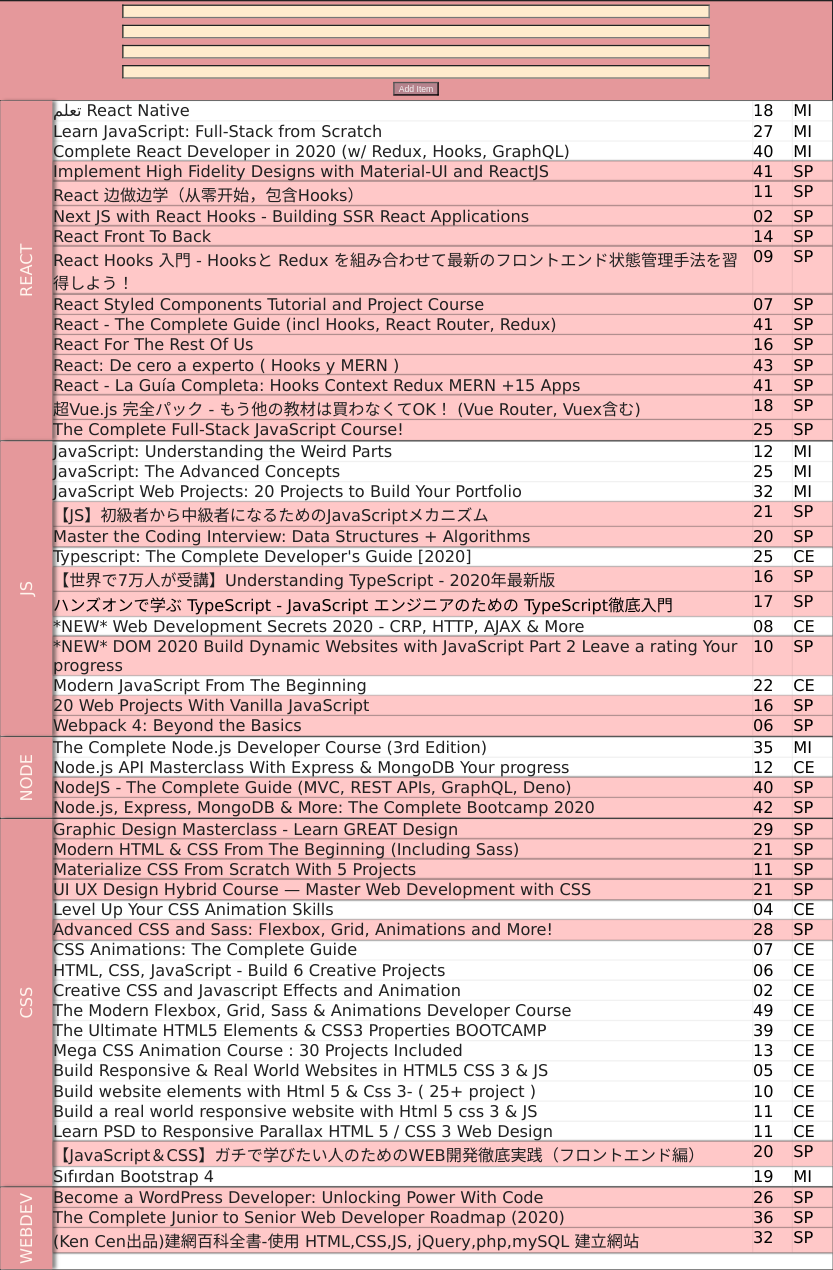
Repository: ClementLight/plan
Page: codicrs.html
These files come from the project's save history. The page is drawn as it stood at one moment and after the next save; the edit follows.
The browser window is 1280 px wide. The page is 1282 px wide, so the pictures cover 1282 px, including what lies to the right of the window. The pictures show the whole page, at 65% of full size.

Above is the page before, as saved 2020-08-22 17:59:44.

After the next save:
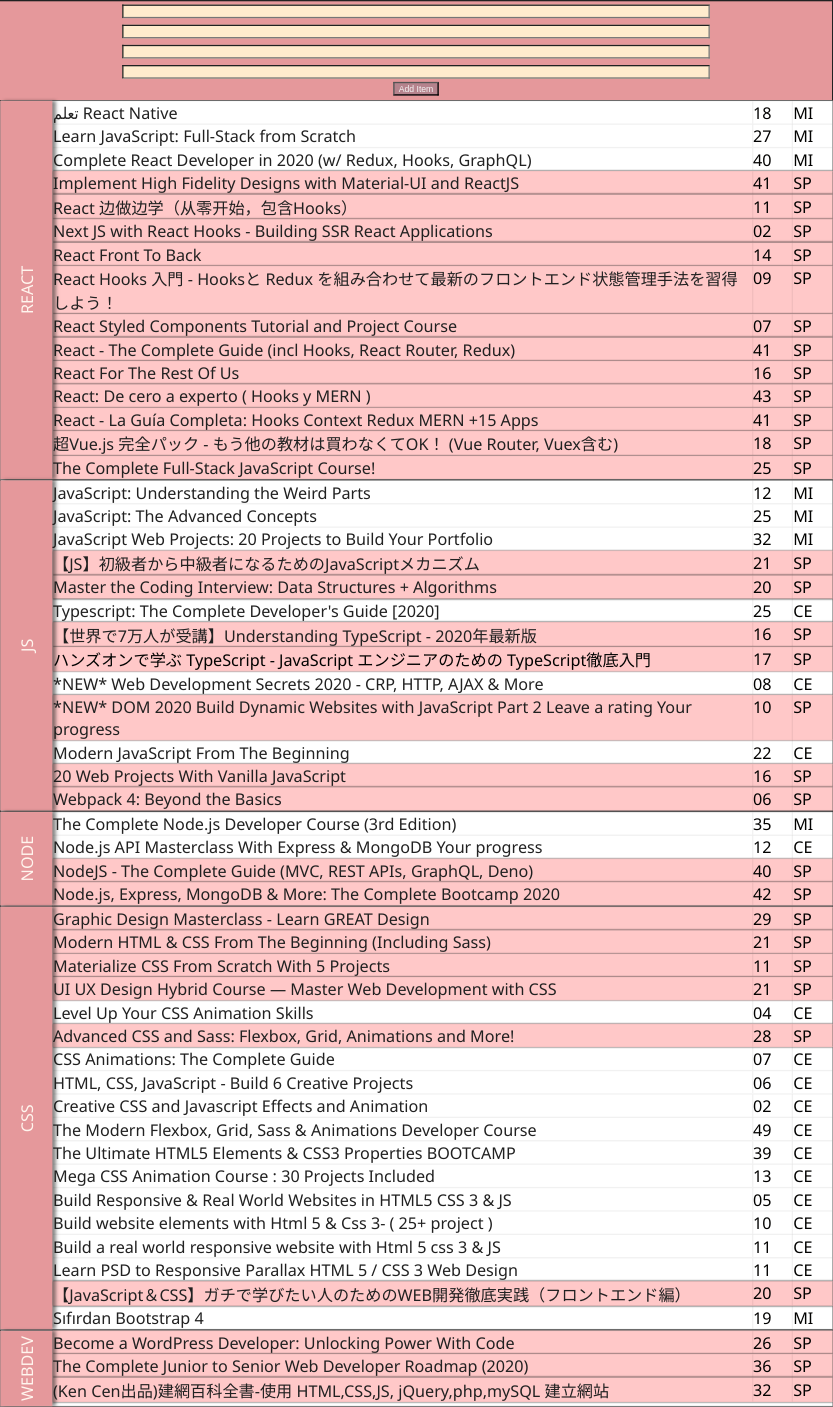
Saved 11 s later.
--- a/codicrs.html
+++ b/codicrs.html
@@ -55,7 +55,7 @@
         color: white;
       }
       html {
-        font-family: "Lucida Sans", "Lucida Sans Regular", "Lucida Grande", "Lucida Sans Unicode", Geneva, Verdana, sans-serif;
+        font-family: "Segoe UI", Tahoma, Geneva, Verdana, sans-serif;
         font-size: 62.2%;
       }
       body {
